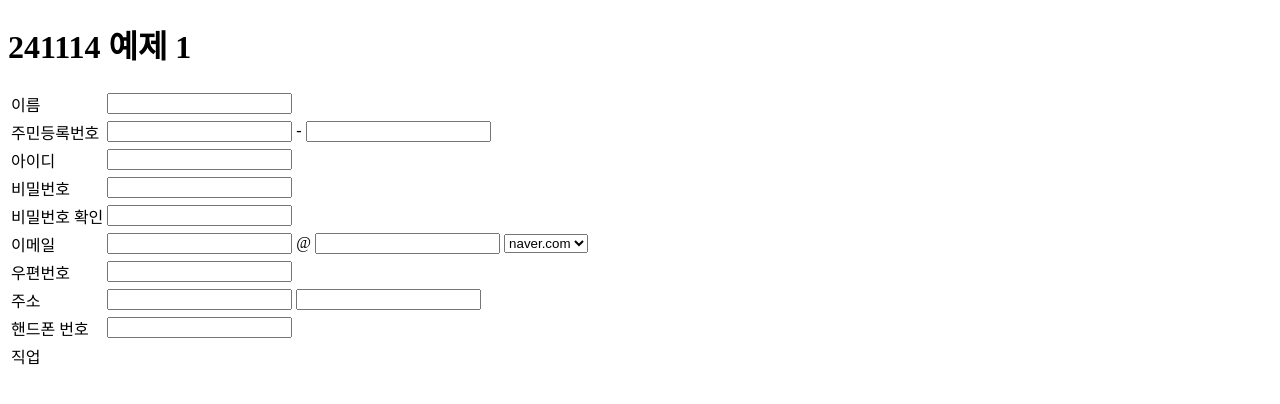
Repository: jsunnypi/JSP
Page: http://localhost/Test/inputForm.jsp
These files come from the project's save history. The page is drawn as it stood at one moment and after the next save; the edit follows.
The browser window is 1280 px wide. The pictures show the whole page.
The page is served by Tomcat 9.

Above is the page before, as saved 2024-11-14 03:44:39.

### Test/src/main/webapp/inputForm.jsp
<%@ page language="java" contentType="text/html; charset=UTF-8"
    pageEncoding="UTF-8"%>
<!DOCTYPE html>
<html>
<head>
<meta charset="UTF-8">
<title>Insert title here</title>
</head>
<body>
	<h1>241114 예제 1</h1>
	<form method="post" action="inputlist.jsp">
		<table>
			<tr>
				<td> 이름 </td>
				<td>
					<input type="text" name="name" size="20">
				</td>
			</tr>

			<tr>
				<td> 주민등록번호 </td>
				<td>
					<input type="text" name="bd" size="20">
				</td>
				<td> -
					<input type="password" name="bd" size="20">
				</td>
			</tr>

			<tr>
				<td> 아이디 </td>
				<td>
					<input type="text" name="id" size="20">
				</td>
			</tr>

			<tr>
				<td> 비밀번호 </td>
				<td>
					<input type="password" name="pw" size="20">
				</td>
			</tr>

			<tr>
				<td> 비밀번호 확인 </td>
				<td>
					<input type="password" name="pwcheck" size="20">
				</td>
			</tr>

			<tr>
				<td> 이메일 </td>
				<td>
					<input type="text" name="email" size="20">
				</td>
				<td> @
					<input type="text" name="com" size=20>
				</td>
				<td>
					<select id="email" name="com" size="1">
						<option value="네이버">naver.com</option>
						<option value="다음">daum.net</option>
						<option value="구글">gmail.com</option>
						<option value="네이트">nate.com</option>
					</select>
				</td>
			</tr>

			<tr>
				<td> 우편번호 </td>
				<td>
					<input type="text" name="postnumber" size=20>
				</td>
			</tr>

			<tr>
				<td> 주소 </td>
				<td>
					<input type="text" name="addr" size=20>
				</td>
				<td>
					<input type="text" name="addr2" size=20>
				</td>
			</tr>

			<tr>
				<td> 핸드폰 번호 </td>
				<td>
					<input type="text" name="phone" size=20>
				</td>
			</tr>

			<tr>
				<td> 직업 </td>
			</tr>
























		</table>

	</form>

</body>
</html>

After the next save:
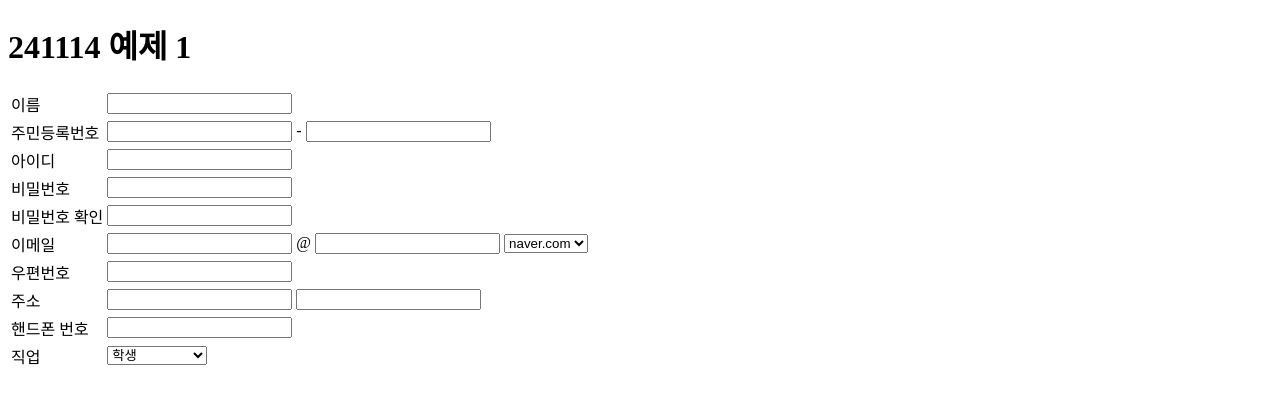
Saved 108 s later.
--- a/Test/src/main/webapp/inputForm.jsp
+++ b/Test/src/main/webapp/inputForm.jsp
@@ -92,6 +92,15 @@
 
 			<tr>
 				<td> 직업 </td>
+				<td>
+					<select>
+						<option value="학생">학생</option>
+						<option value="컴퓨터/인터넷">컴퓨터/인터넷</option>
+						<option value="공무원">공무원</option>
+						<option value="언론인">언론인</option>
+
+					</select>
+				</td>
 			</tr>
 
 
